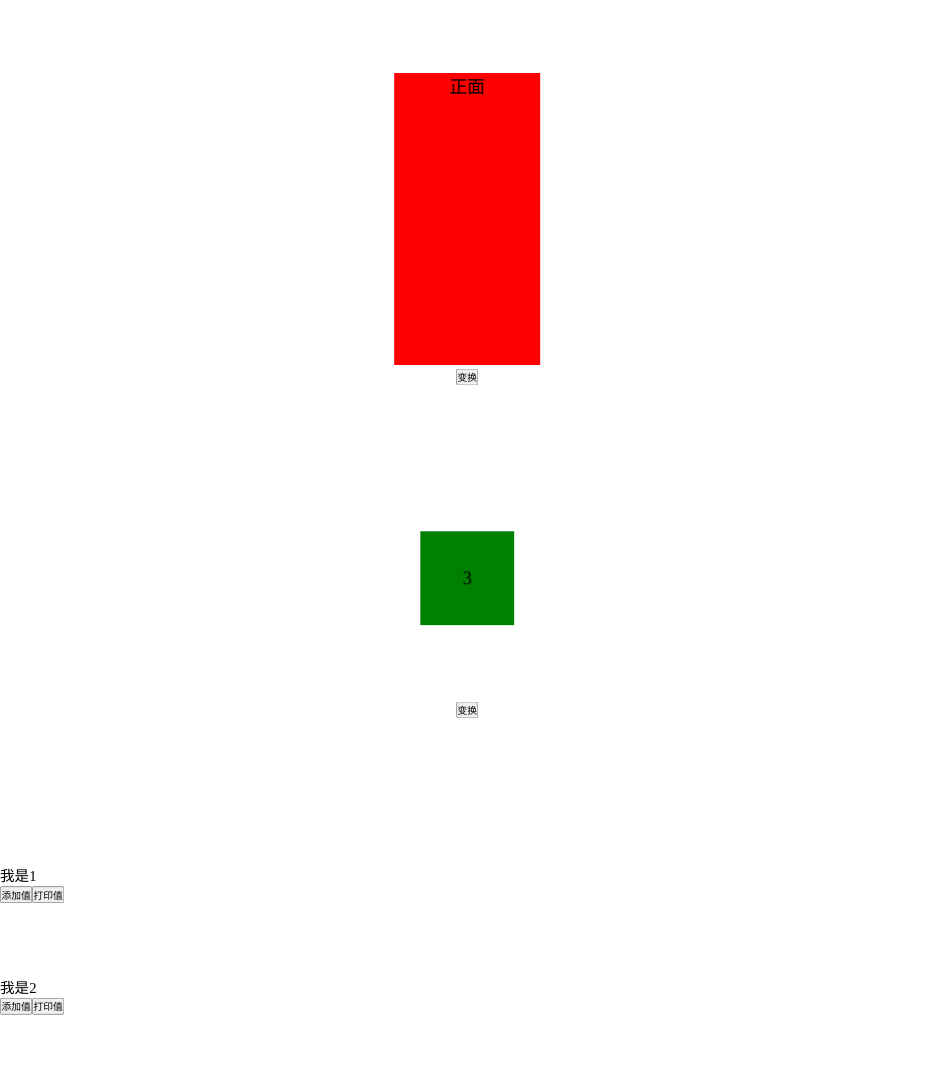
Repository: fengjinlovewei/beautiful
Page: /
The author's editor kept a copy of each file at every save. The page is drawn from the files as they stood at one save, then again after the next save.
The browser window is 1280 px wide. The pictures show the whole page, at 73% of full size.
The project was rebuilt for these pictures with package versions that can differ from the ones it lists, and the page was loaded fresh each time.

Above is the page before, as saved 2021-02-21 13:17:20.

### src/index.css
* {
  margin: 0;
  padding: 0;
}
html {
  font-size: 20px;
}
.d1 {
  width: 200px;
  height: 400px;
  background-color: red;
}
.d2 {
  width: 200px;
  height: 400px;
  background-color: blue;
}

### src/App.tsx
import React, { useState } from 'react';
import Reverse from './components/reverse';
import Cube from './components/cube';
import Demo from './components/demo';
import './App.css';

function App() {
  const [move, setMove] = useState<boolean>(false);
  const [index, setIndex] = useState<number>(3);
  const btnReverse = () => {
    setMove((val) => !val);
  };
  const btnCube = () => {
    setIndex((val) => ++val);
  };
  const cubeMaps = Array(6)
    .fill(null)
    .map((item, i) => <div className={`cube cube-${i}`}>{i}</div>);
  const cubeSizeMaps = [10, 10, 10];
  return (
    <div className="App">
      <div className="App-header">
        {/* 翻牌子 */}
        <div className="type-item">
          <div>
            <Reverse
              front={<div className="d1">正面</div>}
              back={<div className="d2">背面</div>}
              move={move}
              speed={0.5}
            />
          </div>
          <div>
            <button onClick={btnReverse}>变换</button>
          </div>
        </div>
        {/* 立方体 */}
        <div className="type-item">
          <div>
            <Cube planeNode={cubeMaps} planeSize={cubeSizeMaps} index={index} unit="vw" />
          </div>
          <div style={{ marginTop: '100px' }}>
            <button onClick={btnCube}>变换</button>
          </div>
        </div>
      </div>
      <div className="type-item">
        <Demo text="我是1"></Demo>
      </div>
      <div className="type-item">
        <Demo text="我是2"></Demo>
      </div>
    </div>
  );
}

export default App;

### src/components/reverse/index.tsx
import React from 'react';
import Style from './index.module.scss';
/**
 * 建议正背面的元素宽高一致，如果不一致，将左右剧中，上下居下。
 */
interface ReverseProps {
  front: React.ReactElement;
  back: React.ReactElement;
  move: boolean;
  speed?: number;
}

const Reverse: React.FC<ReverseProps> = (props) => {
  const { front, back, move = false, speed = 1 } = props;
  return (
    <div className={`${Style['reverse-container']}`}>
      <div className={`${Style['reverse-container-info']} ${move ? Style['move'] : ''}`}>
        <div
          className={`${Style['reverse-item']} ${Style['front']}`}
          style={{ transitionDuration: speed + 's' }}
        >
          {front}
        </div>
        <div
          className={`${Style['reverse-item']} ${Style['back']}`}
          style={{ transitionDuration: speed + 's' }}
        >
          {back}
        </div>
      </div>
    </div>
  );
};

export default Reverse;

### src/components/cube/index.tsx
import React, { useRef, useEffect, useMemo } from 'react';
import Style from './index.module.scss';
/**
 * 假设这个立方体在你的正前方，它一共有6个面
 * 正面的平面（对着你的面）的 index 为 0，
 * 右侧面的平面 index 为 1，
 * 后面的平面（也即是和正面平面相对的那个面） index 为 2
 * 左侧面的平面（也即是和右侧面相对的那个面） index 为 3
 * 下面的平面 index 为 4
 * 上面的平面（也就是下面相对的那个面） index 为 5
 */

/**
 * 根据立方体的特性可得
 * 0（前面）和 2（后面） 的宽高必须一致
 * 1（右面）和 3（左面） 的宽高必须一致
 * 4（下面）和 5（上面） 的宽高必须一致
 * 实际上，只要确定了正面（后者后面） 和 右侧（或者左侧）的宽高，就能确定整个立方体的尺寸
 * 再进一步可发现，其实只要确定三条边就能确定一个立方体，那就是 正面的宽(x) 正面的高(y) 右侧面的宽(z)
 * 所以 planeSize 的参数，只需要传入3个值[x, y, z]就能确定
 */
interface CubeProps {
  planeSize: number[];
  planeNode: React.ReactElement[];
  index: number;
  speed?: number;
  unit?: 'px' | 'rem' | 'vw' | 'vh';
}

interface dataStorageProps {
  lastIndex: number | null;
  lastMap: number[] | null;
}

interface logicProps {
  [x: string]: number[];
}

// x 轴 顺时针为正数，逆时针为负数
// y 轴 顺时针为负数，逆时针为正数
const originMaps: number[][] = [
  [0, 0],
  [0, -90],
  [0, -180],
  [0, 90],
  [90, 0],
  [-90, 0],
];
// x 轴 顺时针为正数，逆时针为负数
// y 轴 顺时针为负数，逆时针为正数
const logicMaps: logicProps = {
  '01': [0, -1],
  '02': [0, 2],
  '03': [0, 1],
  '04': [1, 0],
  '05': [-1, 0],

  '10': [0, 1],
  '12': [0, -1],
  '13': [0, 2],
  '14': [1, 0],
  '15': [-1, 0],

  '20': [0, 2],
  '21': [0, -1],
  '23': [0, 1],
  '24': [1, 0],
  '25': [-1, 0],

  '30': [0, -1],
  '31': [0, 2],
  '32': [0, 1],
  '34': [1, 0],
  '35': [-1, 0],

  '40': [0, 1],
  '41': [1, 0],
  '42': [0, -1],
  '43': [-1, 0],
  '45': [2, 0],

  '50': [1, 0],
  '51': [0, -1],
  '52': [-1, 0],
  '53': [0, 1],
  '54': [2, 0],
};
const transformValue = (arr: number[]) => {
  const [x = 0, y = 0] = arr;
  return `rotateX(${x}deg) rotateY(${y}deg)`;
};
const Cube: React.FC<CubeProps> = (props) => {
  const { speed = 1, planeNode, planeSize, unit = 'px' } = props;
  const index = props.index % 6 >> 0;
  const [sizeX, sizeY, sizeZ] = planeSize;
  const dataStorage = useRef<dataStorageProps>({ lastIndex: null, lastMap: null });
  // 缩放系数
  // 由于使用了 perspective ，使得子元素 translateZ 值 将影响此元素的缩放比例
  // 当 translateZ 的值为正值，代表此元素离你更近了，所以就变大了
  // 当 translateZ 的值为负值，代表此元素离你更远了，所以就变小了
  // getCoefficient 的作用就是把缩放的元素，还原至原始大小
  console.log(2222);
  useEffect(() => {}, []);
  const coefficient = useMemo((): number => {
    const size = {
      px() {
        return sizeZ;
      }, //0.902
      rem() {
        const HTML = document.getElementsByTagName('html')[0];
        const fontSize = window.getComputedStyle(HTML, null).getPropertyValue('font-size');
        return parseFloat(fontSize) * sizeZ;
      },
      vw() {
        return (window.innerWidth / 100) * sizeZ;
      },
      vh() {
        return (window.innerHeight / 100) * sizeZ;
      },
    }[unit]();
    return 1200 / (1200 + size / 2);
  }, [sizeZ]);
  const List = [
    {
      style: {
        width: sizeX + unit,
        height: sizeY + unit,
        transform: `translateZ(${sizeZ / 2}${unit}) rotateX(0deg)`,
      },
    },
    {
      style: {
        width: sizeZ + unit,
        height: sizeY + unit,
        transform: `translate3d(${sizeX - sizeZ / 2}${unit}, 0, 0) rotateY(90deg) `,
      },
    },
    {
      style: {
        width: sizeX + unit,
        height: sizeY + unit,
        transform: `translateZ(${-sizeZ / 2}${unit}) rotateX(180deg)`,
      },
    },
    {
      style: {
        width: sizeZ + unit,
        height: sizeY + unit,
        transform: `translate3d(${-(sizeX - sizeZ / 2)}${unit}, 0, 0) rotateY(-90deg) `,
      },
    },
    {
      style: {
        width: sizeX + unit,
        height: sizeZ + unit,
        transform: `translate3d(0, ${sizeY - sizeZ / 2}${unit}, 0) rotateX(-90deg)`,
      },
    },
    {
      style: {
        width: sizeX + unit,
        height: sizeZ + unit,
        transform: `translate3d(0, ${-(sizeY - sizeZ / 2)}${unit}, 0) rotateX(90deg)`,
      },
    },
  ];
  const getTransform = (): string => {
    console.log('进入函数');
    const i = index % 6;
    const { current } = dataStorage;
    const { lastIndex, lastMap } = current;

    // 如果是初始化， 直接返回上一个
    if (lastIndex === null) {
      // 记录上一个索引为当前
      current.lastIndex = i;
      // 记录上一个坐标信息为当前
      current.lastMap = originMaps[i];
      return transformValue(current.lastMap);
    }
    // 记录上一个索引为当前
    current.lastIndex = i;
    console.log(lastIndex, current.lastIndex);
    //if (i === lastIndex) return transform(lastMap || []);
    console.log(`${lastIndex}${i}`);
    const currentLogic: number[] = logicMaps[`${lastIndex}${i}`].map((item, s) => {
      const value = (lastMap || [0, 0])[s];
      console.log(value, item);
      return Math.random() * 100;
      // return value + item * 90;
    });
    console.log(currentLogic);
    return transformValue(currentLogic);
  };
  return (
    <div className={`${Style['cube-container']}`} style={{ transform: `scale(${coefficient})` }}>
      <div
        className={`${Style['cube-info']}`}
        style={{
          transform: getTransform(),
          transitionDuration: speed + 's',
          width: sizeX + unit,
          height: sizeY + unit,
        }}
      >
        {List.map((item, i) => {
          return (
            <div
              className={`${Style['cube-item']} ${Style['cube-item-' + i]}`}
              style={item.style}
              key={i}
            >
              <div className={`${Style['item-info']}`}>{planeNode[i] ? planeNode[i] : ''}</div>
            </div>
          );
        })}
      </div>
    </div>
  );
};

export default Cube;

### src/components/demo/index.tsx
import React, { useRef, useEffect } from 'react';

interface DemoProps {
  text?: string;
}

const data = { value: 0 };
const Demo: React.FC<DemoProps> = (props) => {
  const { text } = props;
  const add = () => {
    data.value++;
  };
  const lock = () => {
    console.log(data);
  };
  return (
    <div>
      <p>{text}</p>
      <button onClick={add}>添加值</button>
      <button onClick={lock}>打印值</button>
    </div>
  );
};

export default Demo;

### src/App.css
.App-header {
  min-height: 100vh;
  display: flex;
  flex-direction: column;
  align-items: center;
  justify-content: center;
  font-size: calc(10px + 2vmin);
  text-align: center;
}
.type-item {
  margin: 100px 0;
}
.cube {
  width: 100%;
  height: 100%;
  display: flex;
  justify-content: center;
  align-items: center;
}
.cube-0 {
  background-color: red;
}
.cube-1 {
  background-color: blue;
}
.cube-2 {
  background-color: yellow;
}
.cube-3 {
  background-color: green;
}
.cube-4 {
  background-color: pink;
}
.cube-5 {
  background-color: purple;
}

### src/components/reverse/index.module.scss
.reverse-container {
  display: flex;
  justify-content: center;
  align-items: center;
  .reverse-container-info {
    position: relative;
    display: flex;
    justify-content: center;
    align-items: center;
    perspective: 800px;
    .reverse-item {
      transition-duration: 1s;
      backface-visibility: hidden;
    }
    .front {
      visibility: visible;
      position: relative;
      transform: rotateY(0deg);
      z-index: 20;
    }
    .back {
      visibility: hidden;
      position: absolute;
      left: 0;
      right: 0;
      bottom: 0;
      margin: auto;
      transform: rotateY(180deg);
      z-index: 1;
    }
    &.move {
      .front {
        visibility: hidden;
        z-index: 20;
        transform: rotateY(-180deg);
      }
      .back {
        visibility: visible;
        z-index: 1;
        transform: rotateY(0deg);
      }
    }
  }
}

### src/components/cube/index.module.scss
.cube-container {
  width: 100%;
  height: 100%;
  perspective: 1200px;
  .cube-info {
    position: relative;
    transform-style: preserve-3d;
    transition-property: transform;
    .cube-item {
      display: flex;
      flex-direction: column;
      justify-content: center;
      position: absolute;
      backface-visibility: hidden;
      background-color: #fff;
    }
    .cube-item-0 {
      top: 0;
      left: 0;
    }
    .cube-item-1 {
      top: 0;
      left: 0;
    }
    .cube-item-2 {
      top: 0;
      left: 0;
    }
    .cube-item-3 {
      top: 0;
      right: 0;
    }
    .cube-item-4 {
      top: 0;
      left: 0;
    }
    .cube-item-5 {
      bottom: 0;
      left: 0;
    }
    .item-info {
      display: flex;
      flex-direction: column;
      align-items: center;
      width: 100%;
      height: 100%;
    }
  }
}

Loaded but not shown: public/index.html (common file); src/index.tsx (common file); src/reportWebVitals.ts (common file)

After the next save:
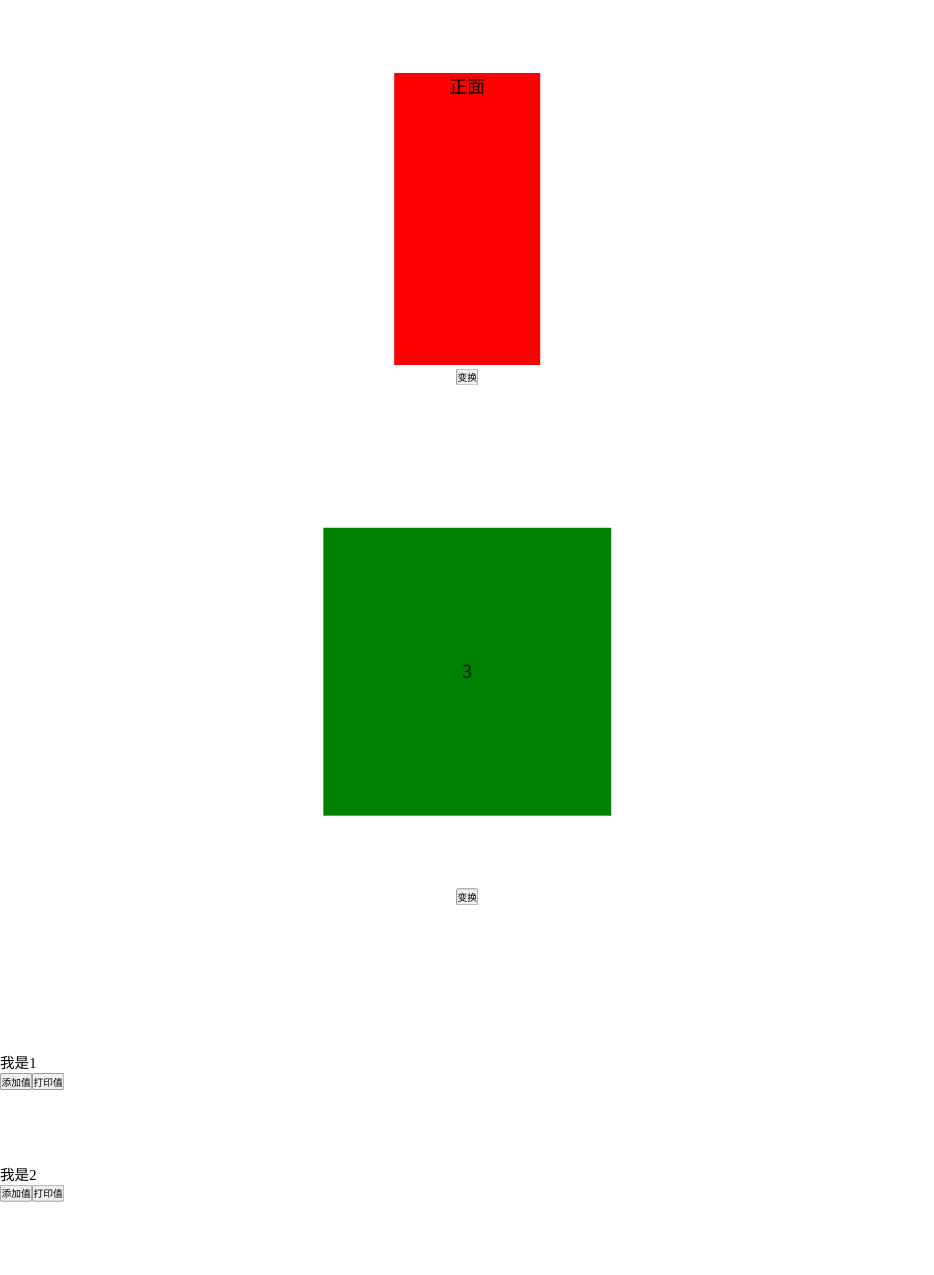
Saved 48 s later.
--- a/src/App.tsx
+++ b/src/App.tsx
@@ -16,7 +16,7 @@ function App() {
   const cubeMaps = Array(6)
     .fill(null)
     .map((item, i) => <div className={`cube cube-${i}`}>{i}</div>);
-  const cubeSizeMaps = [10, 10, 10];
+  const cubeSizeMaps = [30, 30, 30];
   return (
     <div className="App">
       <div className="App-header">
